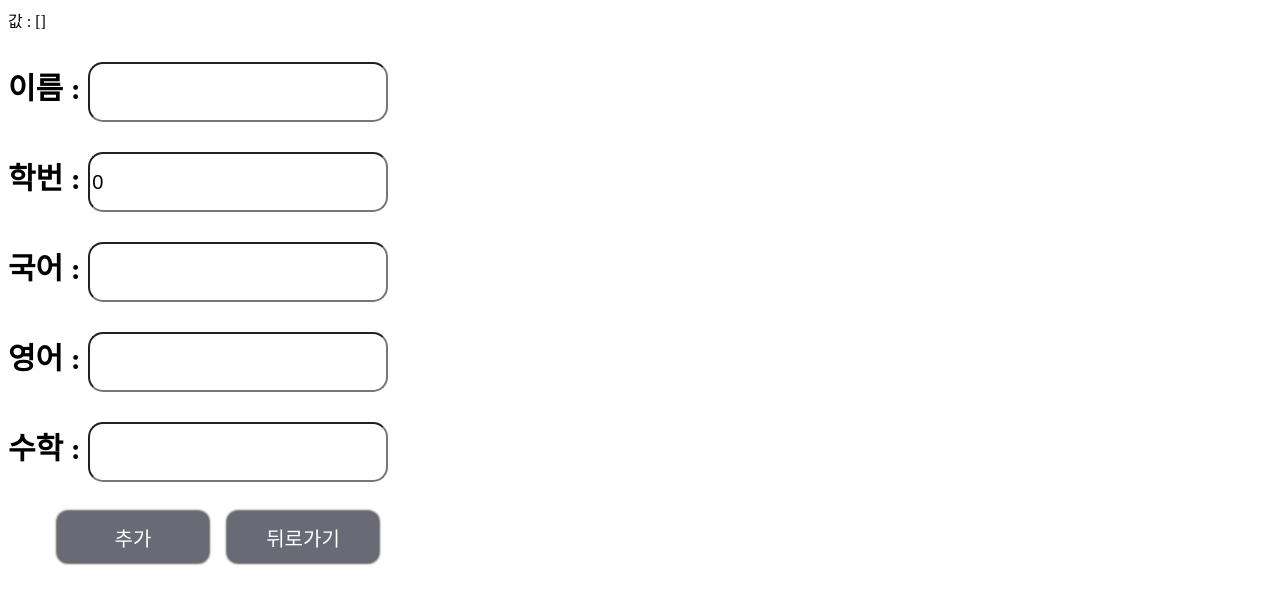
Repository: kimeuiyeob/KOPO_JSP_Study
Page: http://localhost/JSP/insert.jsp
The author's editor kept a copy of each file at every save. The page is drawn from the files as they stood at one save, then again after a run of saves.
The browser window is 1280 px wide. The pictures show the whole page.
The page is served by Tomcat 9. Other server files are loaded and not shown. Queries for data that is not in the repository find no rows.

Above is the page before, as saved 2023-05-25 00:39:49.

### JSP/src/main/webapp/insert.jsp
<%@ page import="javax.servlet.jsp.tagext.TryCatchFinally"%>
<%@ page language="java" contentType="text/html; charset=UTF-8"
	pageEncoding="UTF-8"%>

<!-- JDBC 사용시 필요한 임포트 -->
<%@ page import="java.sql.*"%>
<%@ page import="javax.sql.*"%>
<%@ page import="java.io.*"%>
<%@ page import="java.util.*"%>
<%@ page import="java.util.ArrayList"%>
<%@ page import="java.util.List"%>

<HTML>
<HEAD>
</HEAD>

<style>
p {
	font-size: 30px;
	font-weight: bold;
}

button {
	background-color: #6a6a76;
	color: #fff;
	border: none;
	border-radius: 10px;
	box-shadow: 0px 0px 2px 2px rgb(102, 101, 101);
	height: 50px;
	width: 150px;
	cursor: pointer;
	font-size: 20px;
}

input {
	height: 60px;
	width: 300px;
	border-radius: 15px;
	font-size: 20px;
}

.but {
	padding-left: 50px;
}
</style>

<script>
	/* number type 글자수 제한 함수 */
	function maxLengthCheck(object) {
		if (object.value.length > object.maxLength) {
			object.value = object.value.slice(0, object.maxLength);
		}
	}
</script>

<BODY>

	<%-- ====================================================================================================================== --%>

	<!-- Mysql데이터 베이스 연결 -->
	<%
	Connection conn = null;
	int maxNumber = 0;
	int minNumber = 0;
	int number = 0;

	int newID = 0;
	List<Integer> studentList = new ArrayList<>();

	try {
		String url = "jdbc:mysql://localhost:33060/kopo07?useSSL=false";
		String user = "root";
		String pw = "1234";
		Class.forName("com.mysql.cj.jdbc.Driver");
		conn = DriverManager.getConnection(url, user, pw);
		Statement stmt = conn.createStatement();

		//======================= 트와이스 테이블에 값넣기 =======================

		ResultSet rset = stmt.executeQuery("select MAX(studentid),MiN(studentid) from twice");

		while (rset.next()) {
			maxNumber = rset.getInt(1);
			minNumber = rset.getInt(2);
		}

		ResultSet rset2 = stmt.executeQuery(
		"select studentid from twice where studentid >= " + minNumber + " and studentid <= " + maxNumber + ";");

		while (rset2.next()) {
			int num = rset2.getInt(1);
			studentList.add(num);
		}

		out.print("값 : " + studentList);

		for (int i = 0; i < maxNumber; i++) {
			if ((i + 1) != studentList.get(i)) {
				newID = i + 1;
				out.print("여기는 들어오면 안되!!!");
				break;
			} else {
				newID = maxNumber + 1;
			}
		}

		maxNumber++;

		stmt.close();
		conn.close();
		rset.close();
		rset2.close();

	} catch (SQLException e) {
		;
	}

	%>


	<%-- ====================================================================================================================== --%>

	<form action="insert2.jsp" method="post">
		<p>
			이름 : <input type="text" name="name" maxlength="8">
		</p>
		<p>
			학번 : <input type="text" name="id" readonly value="<%=newID%>">
		</p>
		<p>
			국어 : <input type="number" name="kor" maxlength="3"
				oninput="maxLengthCheck(this)">
		</p>
		<p>
			영어 : <input type="number" name="eng" maxlength="3"
				oninput="maxLengthCheck(this)">
		</p>
		<p>
			수학 : <input type="number" name="mat" maxlength="3"
				oninput="maxLengthCheck(this)">
		</p>
		<div style="display: flex">
			<div class="but">
				<button type="submit">추가</button>
			</div>
			<div style="padding-left: 20px;">
				<button type="button" onclick="history.back(-1);">뒤로가기</button>
			</div>
		</div>
	</form>



</BODY>
</HTML>

After the next 2 saves:
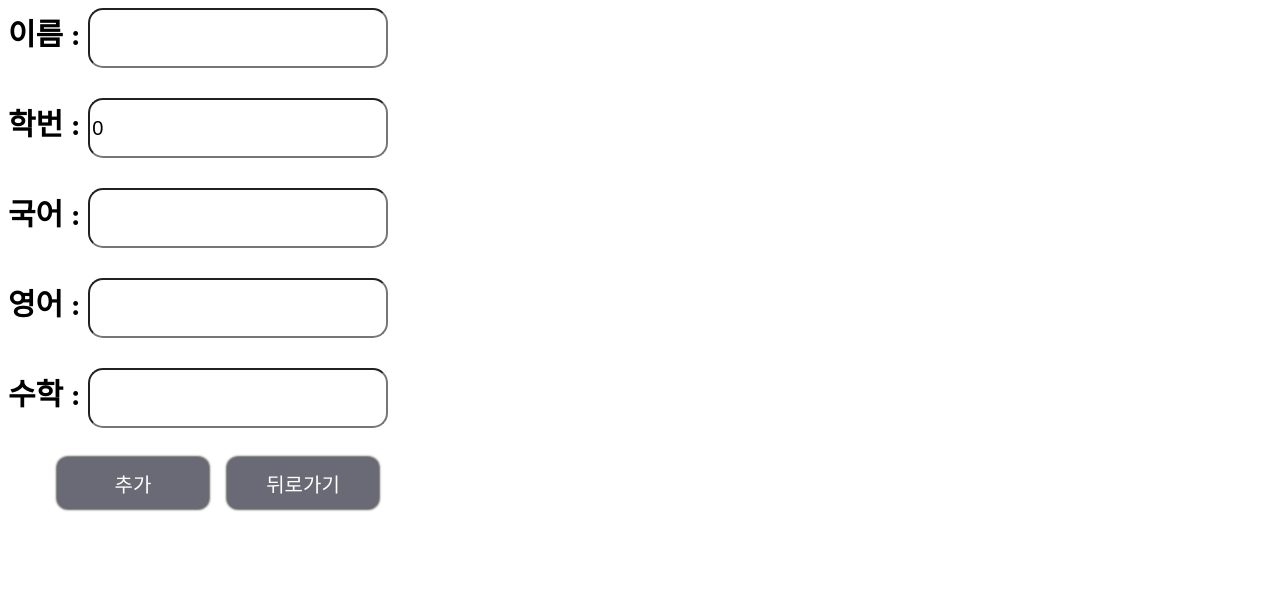
The 2 saves are shown as one change because they came seconds apart.
The last was saved 41 s later.
--- a/JSP/src/main/webapp/insert.jsp
+++ b/JSP/src/main/webapp/insert.jsp
@@ -92,12 +92,10 @@ input {
 			studentList.add(num);
 		}
 
-		out.print("값 : " + studentList);
 
 		for (int i = 0; i < maxNumber; i++) {
 			if ((i + 1) != studentList.get(i)) {
 				newID = i + 1;
-				out.print("여기는 들어오면 안되!!!");
 				break;
 			} else {
 				newID = maxNumber + 1;
